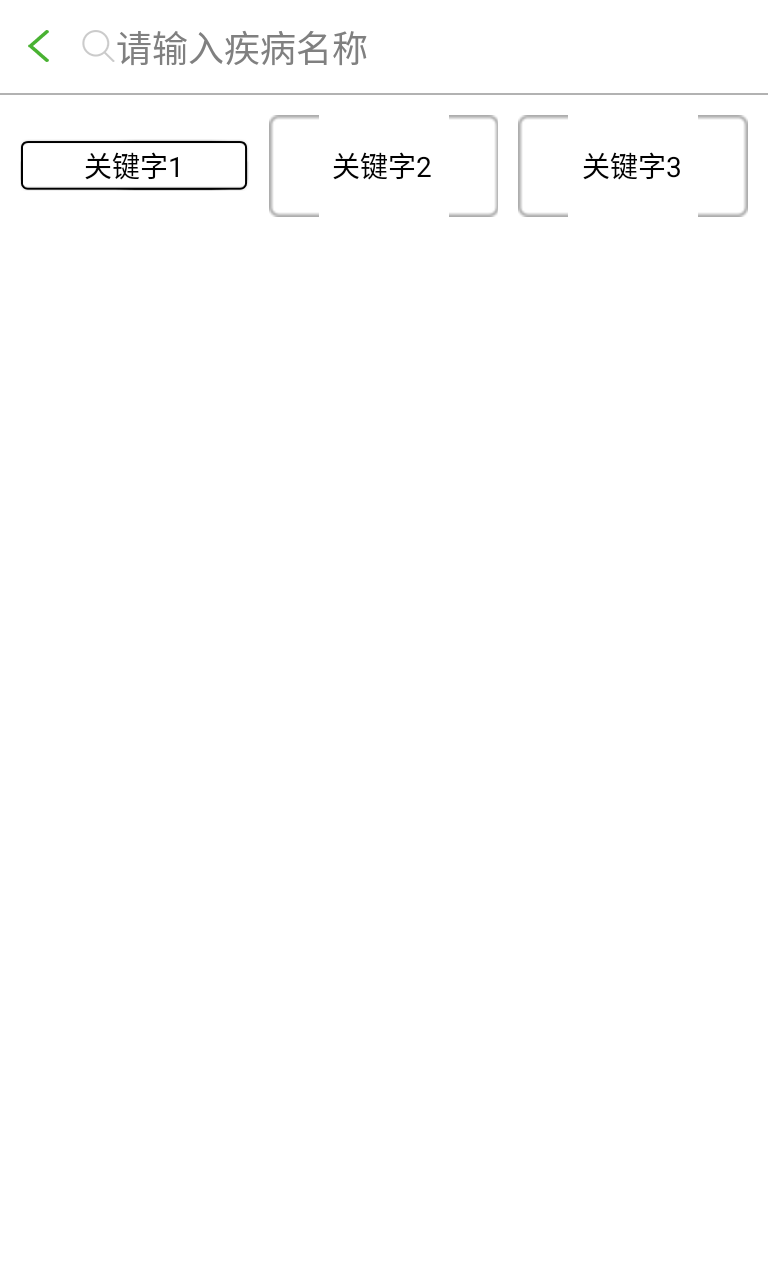
Repository: hjhlove110/XYApp
Layout: XYApp/res/layout/serache_view.xml
The author's editor kept a copy of each file at every save. The layout is drawn from the files as they stood at one save, then again after the next save.
It is drawn on a 768 x 1280 px phone screen (xhdpi) without system bars, with theme Translucent; the app's code is not run.

Above is the layout before, as saved 2015-09-23 05:42:08.

After the next save:
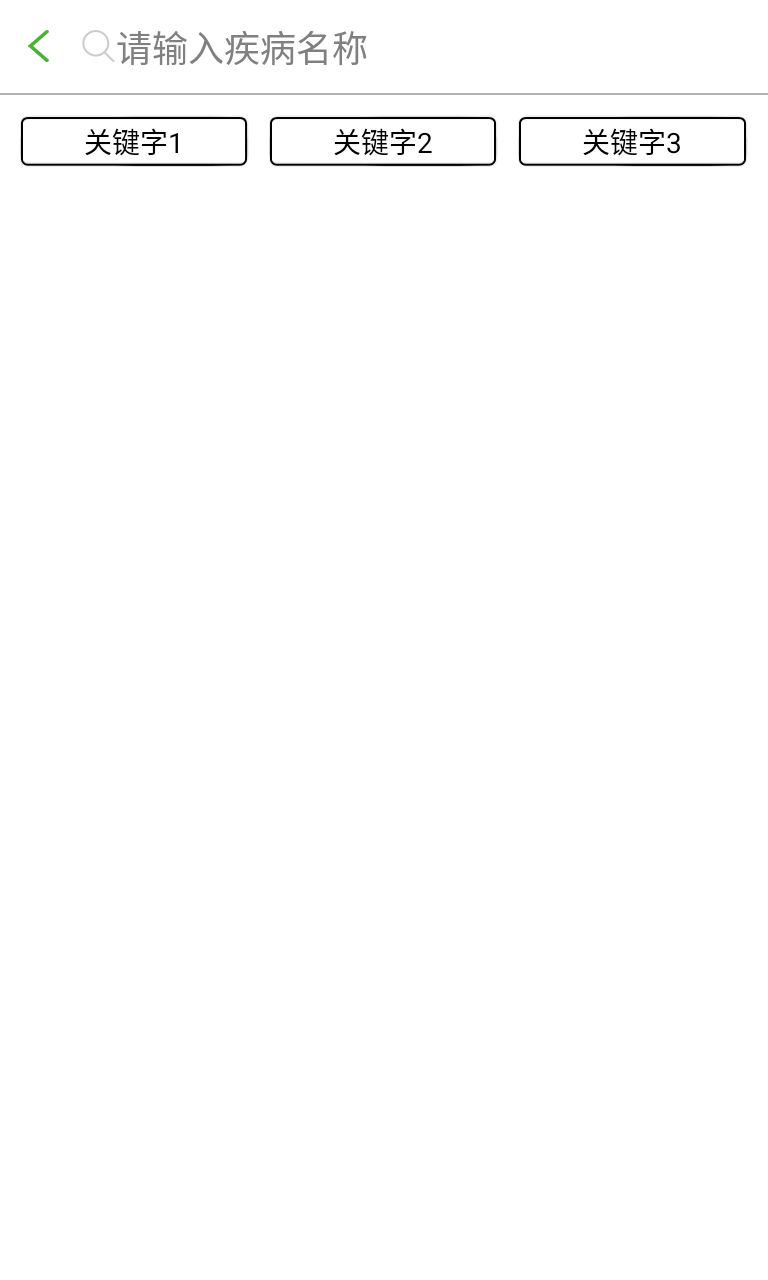
Saved 12 s later.
--- a/XYApp/res/layout/serache_view.xml
+++ b/XYApp/res/layout/serache_view.xml
@@ -56,7 +56,7 @@
             android:layout_marginLeft="10dp"
             android:layout_marginRight="10dp"
             android:layout_weight="1"
-            android:background="@drawable/txtbg"
+            android:background="@drawable/edittext_back"
             android:text="关键字2" />
 
         <Button
@@ -64,7 +64,7 @@
             android:layout_width="0dp"
             android:layout_height="wrap_content"
             android:layout_weight="1"
-            android:background="@drawable/txtbg"
+            android:background="@drawable/edittext_back"
             android:text="关键字3" />
     </LinearLayout>
 
